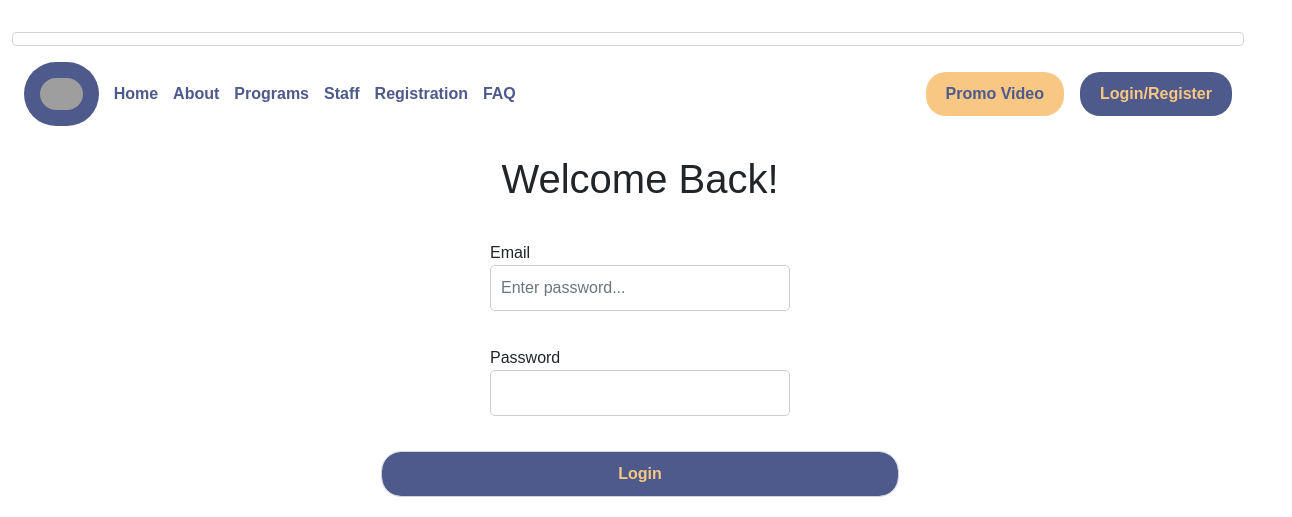
Repository: fullstackatbrown/project-necysc
Page: necysc_app/templates/necysc_app/applicant/login.html
These files come from the project's save history. The page is drawn as it stood at one moment and after a run of saves; the edit follows.
The browser window is 1280 px wide. The page is 1292 px wide, so the pictures cover 1292 px, including what lies to the right of the window. The pictures show the part of the page from y = 0 to 517 px (the page is 1172 px tall).
Pictures or frames that could not be fetched are drawn as grey boxes. Some web fonts or font styles are not loaded; a fallback is used. The template is drawn by Django 5.2. The application's start-up code is not run. The template is opened directly, without the code that normally fills it, so the values that code supplies are empty.

Above is the page before, as saved 2024-12-04 01:12:12.

After the next 2 saves:
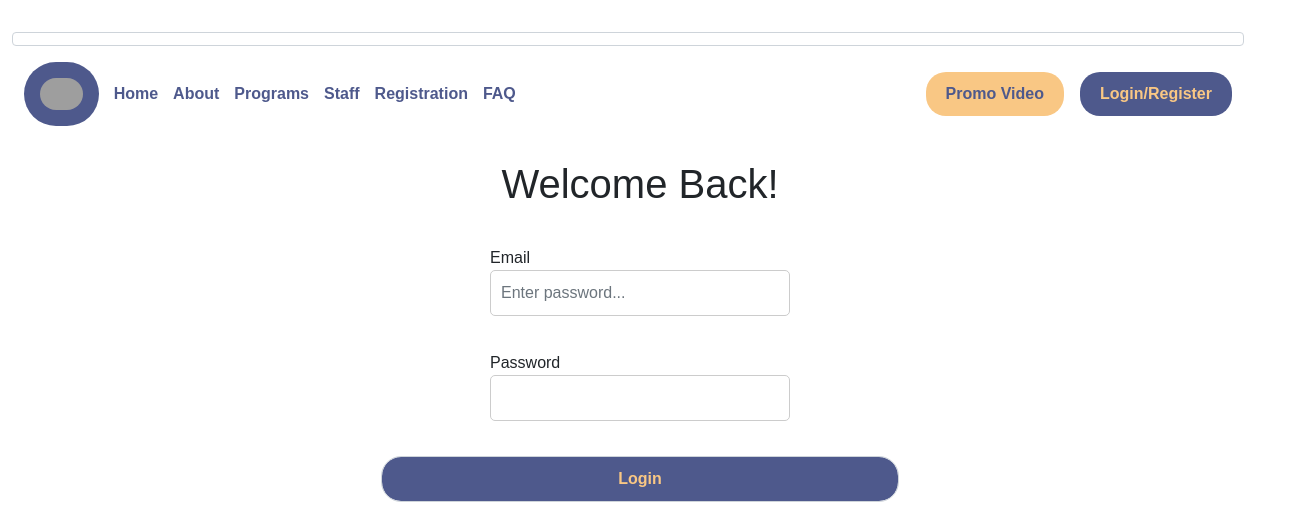
The 2 saves are shown as one change because they came seconds apart.
The last was saved 16 s later.
--- a/necysc_app/templates/necysc_app/applicant/login.html
+++ b/necysc_app/templates/necysc_app/applicant/login.html
@@ -38,7 +38,7 @@ Register {% endblock %} {% block content %}
     <!-- Register Form -->
     <div class="register_form">
         <h4>Don't Have an Account?</h4>
-        <h2>Sign up for the summer!</h2>
+        <h4>Sign up for the summer!</h4>
         <a class="white-link" href="{% url 'necysc_app:register' %}">Sign Up</a>
     </div>
     <script>
